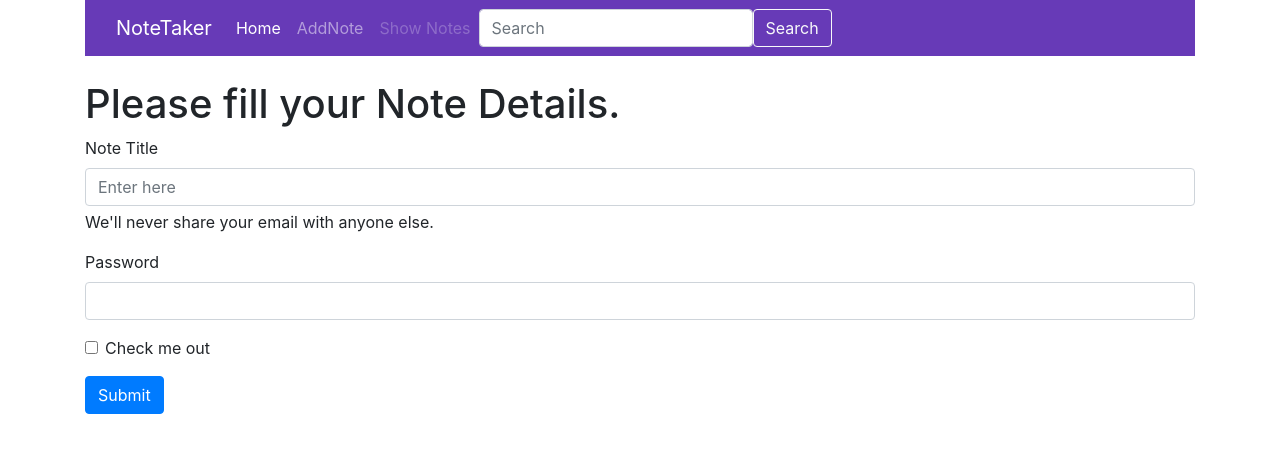
Repository: Mayank-SDE/Projects
Page: http://localhost/NoteTakerTodoApp/add_notes.jsp
An editor plug-in stored every save of this project. The page is shown before and after the next save, followed by the edit.
The browser window is 1280 px wide. The pictures show the whole page.
Some web libraries are served in a nearby version. The page is served by Tomcat 9.

Above is the page before, as saved 2022-02-10 15:47:10.

After the next save:
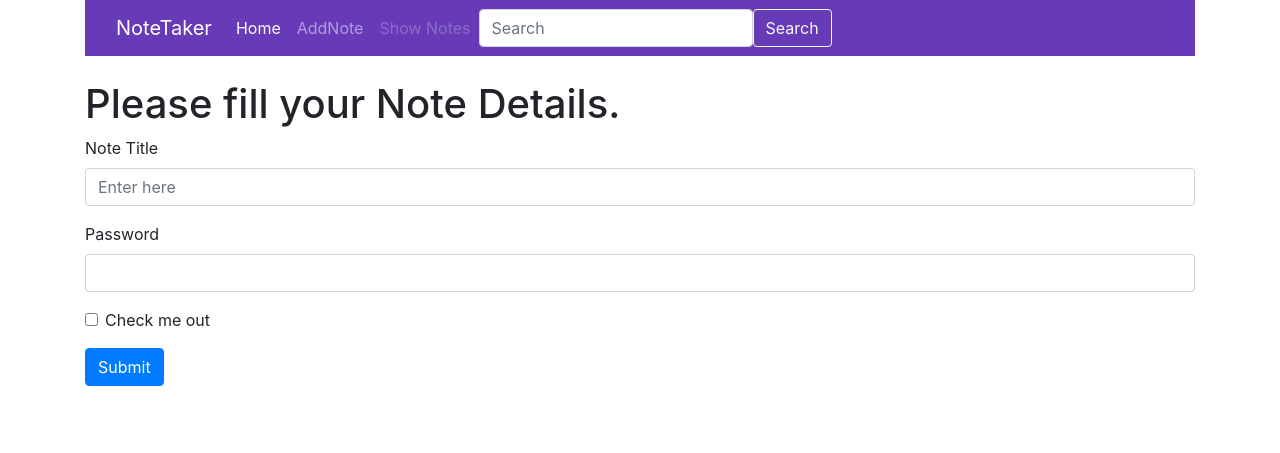
Saved 37 s later.
--- a/NoteTaker/NoteTakerTodoApp/src/main/webapp/add_notes.jsp
+++ b/NoteTaker/NoteTakerTodoApp/src/main/webapp/add_notes.jsp
@@ -30,7 +30,6 @@
     id="title"
     aria-describedby="emailHelp"
     placeholder="Enter here">
-    <div id="emailHelp" class="form-text">We'll never share your email with anyone else.</div>
   </div>
   <div class="mb-3">
     <label for="exampleInputPassword1" class="form-label">Password</label>
